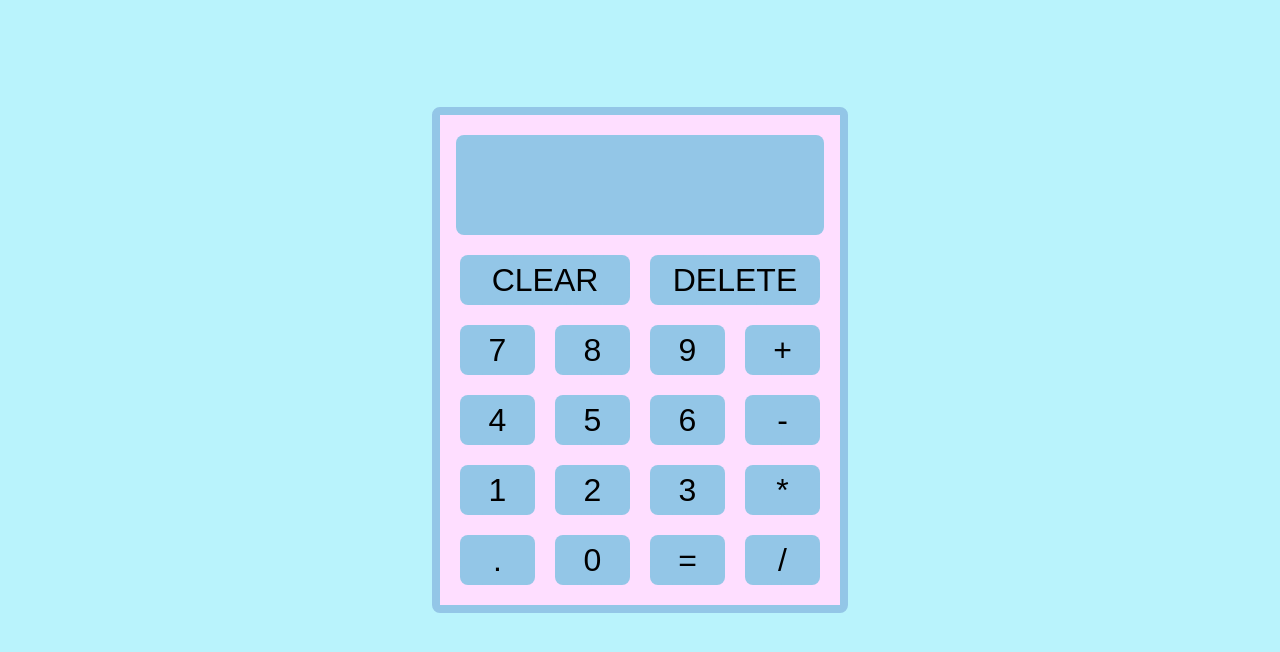
Repository: yeetzpxoci/calculator
Page: index.html
An editor plug-in stored every save of this project. The page is shown before and after the next save, followed by the edit.
The browser window is 1280 px wide. The pictures show the whole page.

Above is the page before, as saved 2023-02-05 13:25:55.

After the next save:
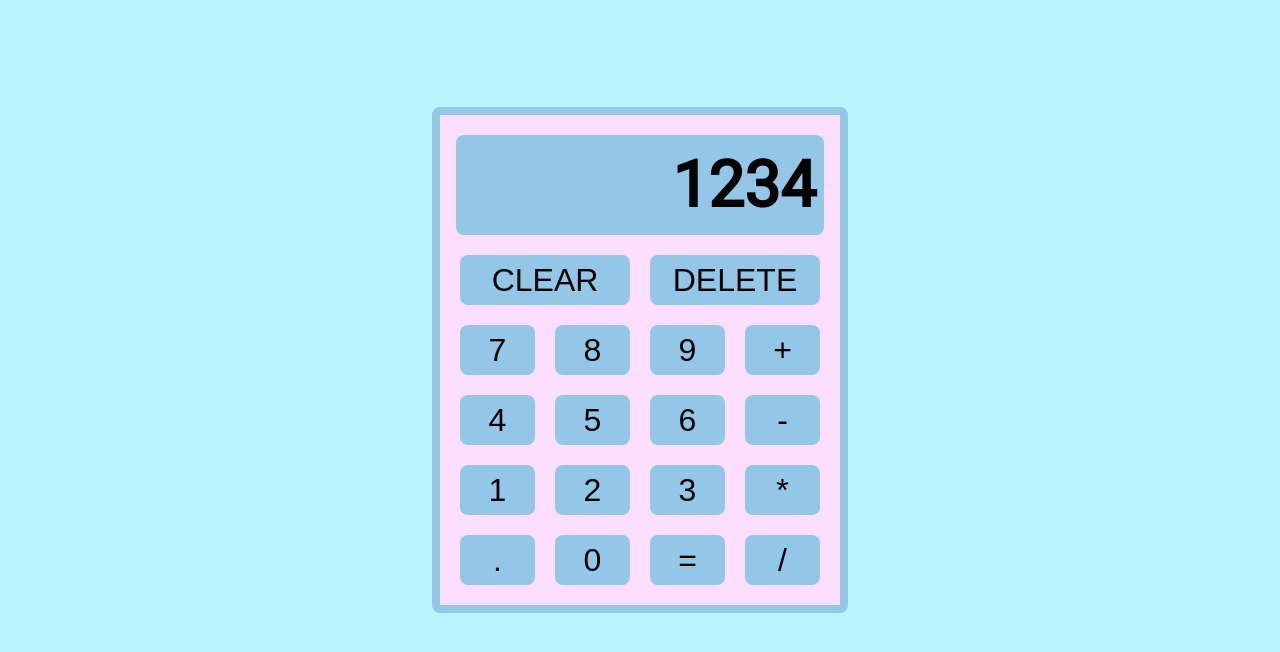
Saved 51 s later.
--- a/script.js
+++ b/script.js
@@ -32,9 +32,6 @@
     var second_value = 0;
     var current_operator = "";
 }
-
-reset();
-
 
 document.querySelectorAll(".number-button").forEach(function(element) {
     element.addEventListener("click", function () {

After the 3 saves that followed:
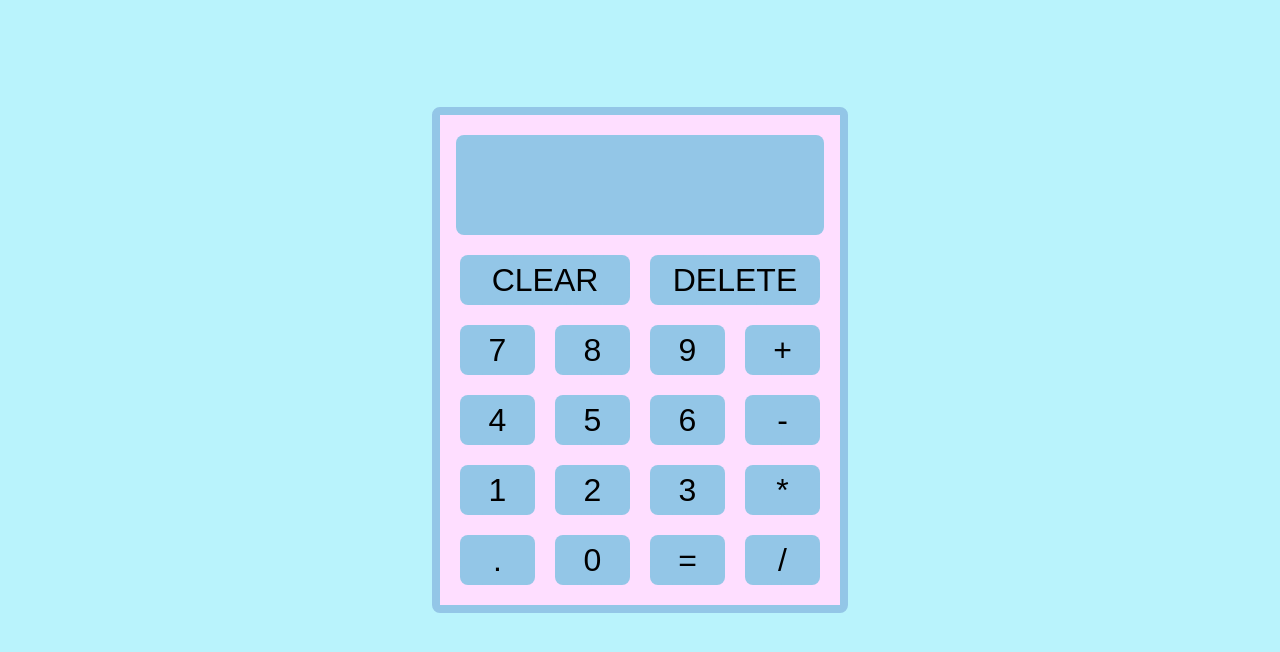
The 3 saves are shown as one change because 2 left the picture as it was.
The last was saved 25 s later.
--- a/script.js
+++ b/script.js
@@ -25,6 +25,7 @@
 }
 
 const display = document.getElementById("display")
+display.innerHTML = ""
 
 function reset() {
     display.innerHTML = ""
@@ -32,6 +33,10 @@
     var second_value = 0;
     var current_operator = "";
 }
+
+var first_value = 0;
+var second_value = 0;
+var current_operator = "";
 
 document.querySelectorAll(".number-button").forEach(function(element) {
     element.addEventListener("click", function () {
@@ -78,7 +83,6 @@
         second_value = parseFloat(display.innerHTML);
         if (current_operator === "/" && second_value == 0) {
             alert("Error: division by 0 is undefined.");
-            reset();
         } else {
             display.innerHTML = String(Math.round(operate(current_operator, first_value, second_value) * 100) / 100);
         }
